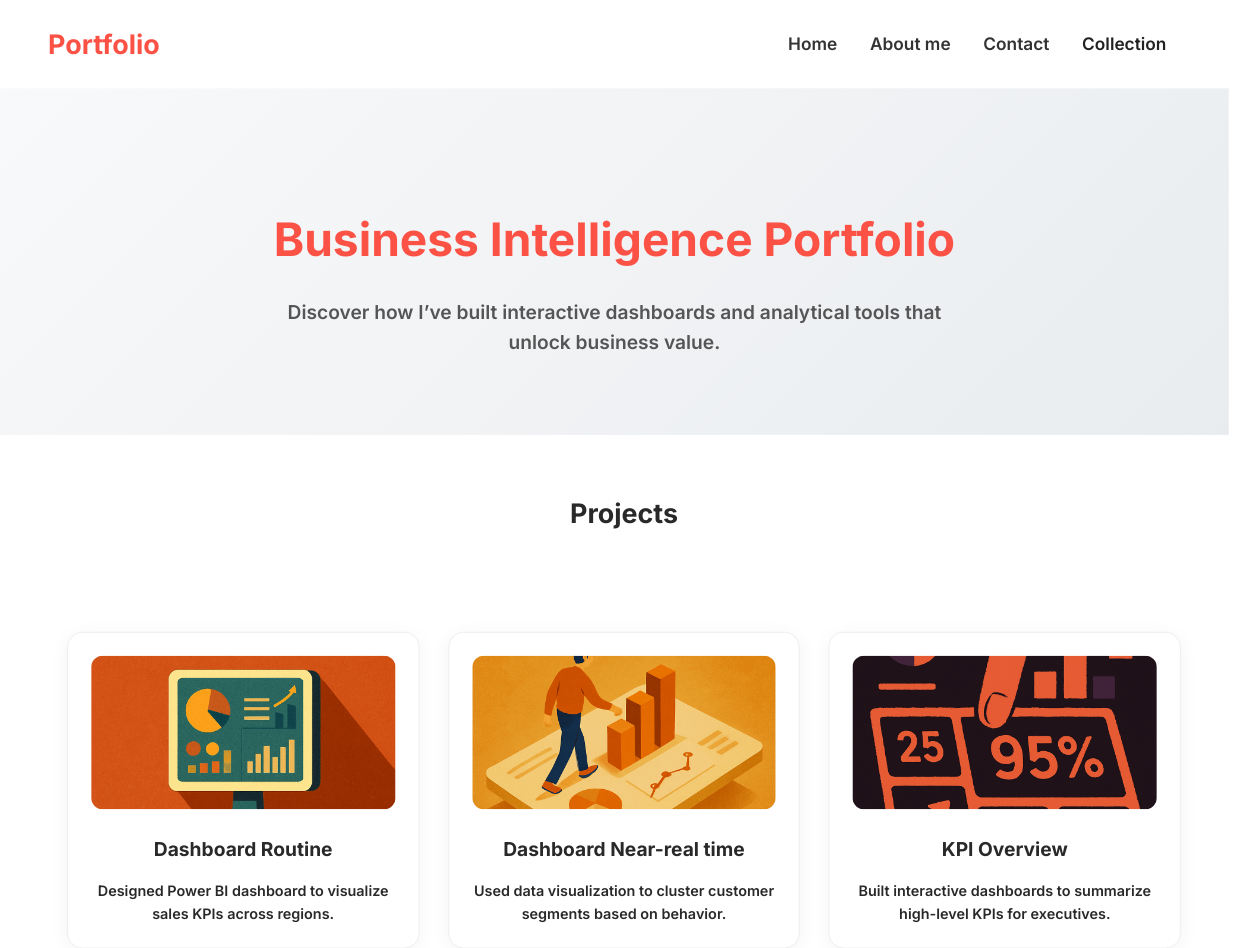
Repository: Wipas1919/Archive-portfolio
Page: projects/bi-solutions.html
An editor plug-in stored every save of this project. The page is shown before and after the next save, followed by the edit.
The browser window is 1280 px wide. The page is 1300 px wide, so the pictures cover 1300 px, including what lies to the right of the window. The pictures show the whole page, at 96% of full size.

Above is the page before, as saved 2025-06-01 20:47:12.

### projects/bi-solutions.html
<!-- Cleaned and updated on 2025-05-25 -->
<!DOCTYPE html>
<html lang="en">
<head>
  <meta charset="UTF-8" />
  <meta name="viewport" content="width=device-width, initial-scale=1.0"/>
  <title>Business Intelligence | Portfolio</title>
  <link href="https://fonts.googleapis.com/css2?family=Inter:wght@600;700&display=swap" rel="stylesheet">
  <link rel="stylesheet" href="../style/main.css">
  <style>
    body {
      font-family: 'Inter', sans-serif;
    }
    .cover {
      background: linear-gradient(135deg, #f8f9fa, #e9ecef);
      padding: 80px 20px;
      text-align: center;
    }
    .cover h1 {
      font-size: 48px;
      color: #fc5246;
      margin-bottom: 20px;
    }
    .cover p {
      font-size: 20px;
      color: #555;
      max-width: 700px;
      margin: 0 auto;
    }

    .project-cards h3 {
      text-align: center;
      font-size: 28px;
      margin-top: 60px;
      margin-bottom: 30px;
    }

    .card-grid {
      display: grid;
      grid-template-columns: repeat(auto-fit, minmax(280px, 1fr));
      gap: 30px;
      padding: 0 20px;
    }

    .card {
      display: block;
      background: #fff;
      border-radius: 16px;
      box-shadow: 0 4px 20px rgba(0, 0, 0, 0.05);
      padding: 24px;
      text-align: center;
      transition: transform 0.3s;
      text-decoration: none !important;
      color: inherit !important;
      cursor: pointer;
    }

    .card:hover {
      transform: translateY(-5px);
    }

    .card img {
      width: 100%;
      height: 160px;
      object-fit: cover;
      border-radius: 12px;
      margin-bottom: 16px;
    }

    .card h4 {
      font-size: 20px;
      margin-bottom: 8px;
      color: #222;
    }

    .card p {
      color: #666;
      font-size: 15px;
    }

    /* Remove visited/hover/focus/active styles */
    .card:visited,
    .card:hover,
    .card:focus,
    .card:active,
    .card *,
    .card *:visited,
    .card *:hover,
    .card *:focus,
    .card *:active {
      color: inherit !important;
      text-decoration: none !important;
    }

    .dropdown-wrapper {
      position: relative;
      display: inline-block;
    }

    .dropbtn {
      font-weight: 600;
      cursor: pointer;
      color: #222;
      text-decoration: none;
      margin-left: 15px;
    }

    .dropdown-content {
      display: none;
      position: absolute;
      top: 100%;
      right: 0;
      background-color: #ffffff;
      min-width: 220px;
      border-radius: 12px;
      box-shadow: 0 10px 25px rgba(0, 0, 0, 0.08);
      overflow: hidden;
      padding: 10px 0;
      z-index: 999;
    }

    .dropdown-wrapper:hover .dropdown-content {
      display: block;
    }

    .dropdown-content a {
      display: block;
      padding: 12px 20px;
      color: #222;
      text-decoration: none;
      font-size: 15px;
      transition: background-color 0.2s ease, color 0.2s ease;
    }

    .dropdown-content a:hover {
      background-color: #eaeaea;
      color: #fd3a2d;
    }
  </style>
</head>
<body>
  <div id="page-loader"><div class="spinner"></div></div>

  <header>
    <div class="container">
      <h1 class="logo" style="font-family: 'Inter', sans-serif; font-weight: 700; font-size: 28px; color: #fc5246;">Portfolio</h1>
      <nav class="nav-right">
        <a href="../index.html">Home</a>
        <a href="../index.html#about">About me</a>
        <a href="../index.html#contact">Contact</a>
        <div class="dropdown-wrapper">
          <a href="#" class="dropbtn">Collection</a>
          <div class="dropdown-content">
            <a href="data-engineer.html">Data Engineer</a>
            <a href="business-analysis.html">Business Analysis</a>
            <a href="bi-solutions.html">Business Intelligent</a>
            <a href="strategic-data.html">Data-Driven</a>
            <a href="cloud-cert.html">Certification</a>
            <a href="data-integration.html">Data Product</a>
          </div>
        </div>
      </nav>
    </div>
  </header>

  <!-- Cover / Hero Section -->
  <section class="cover">
    <h1>Business Intelligence Portfolio</h1>
    <p>Discover how I’ve built interactive dashboards and analytical tools that unlock business value.</p>
  </section>

  <!-- Project Cards Section -->
  <section class="project-cards container" id="project-cards">
    <h3>Projects</h3>
    <div class="card-grid" id="card-container"></div>
  </section>

  <script>
    const cardsContainer = document.getElementById("card-container");
    const projectId = "bi-solutions";

    fetch("../data/projects.json")
      .then(res => res.json())
      .then(data => {
        const p = data[projectId];
        if (!p || !p.projects?.length) {
          cardsContainer.innerHTML = "<p>No projects found.</p>";
          return;
        }
        cardsContainer.innerHTML = p.projects.map(proj => `
          <a href="project.html?id=${proj.slug}" class="card">
            <img src="${proj.image}" alt="${proj.title}" />
            <h4>${proj.title}</h4>
            <p>${proj.description}</p>
          </a>
        `).join("");
      })
      .catch(err => {
        cardsContainer.innerHTML = "<p>Error loading data.</p>";
        console.error(err);
      });
  </script>
</body>
</html>

### style/main.css
/* ตั้งค่าพื้นฐาน */
body {
  margin: 0;
  font-family: 'Poppins', sans-serif;
  background: #ffffff;
  color: #292929;
  line-height: 1.6;
  scroll-behavior: smooth;
  user-select: none;
  -webkit-user-select: none;
  -ms-user-select: none;
}

img {
  max-width: 100%;
  height: auto;
  display: block;
}

.container {
  width: 100%;
  max-width: 1200px;
  margin: 0 auto;
  padding: 0 50px; /* เพิ่ม padding ด้านข้าง */
}

@media screen and (max-width: 767px) {
  .container { padding: 0 16px; }
  .hero h2 { font-size: 36px; }
  .hero p { font-size: 18px; }
  .card-grid { grid-template-columns: 1fr; }
  nav a { font-size: 14px; }
  .hero-content { flex-direction: column; }
  .about-image img { width: 100%; }
}

@media screen and (min-width: 768px) and (max-width: 1024px) {
  .hero h2 { font-size: 48px; }
  .card-grid { grid-template-columns: repeat(2, 1fr); }
}

@media screen and (max-width: 480px) {
  h2, .section-title { font-size: 28px; }
  .hero h2 { font-size: 28px; }
  .hero p, .section-description, .about-text p, .card p { font-size: 16px; }
  .btn { padding: 10px 20px; font-size: 16px; }
}

/* Navbar */
header {
  background: #fff;
  padding: 5px 0;
  display: flex;
  justify-content: space-between;
  align-items: center;
  border-bottom: 0px solid #eee;
  position: sticky;
  top: 0;
  z-index: 100;
}

header .container {
  display: flex;
  align-items: center;
  justify-content: space-between;
}

.logo {
  font-family: 'Poppins', serif;
  font-size: 30px;
  color: #fc5246;
}

nav a {
  margin: 0 15px;
  color: #333;
  text-decoration: none;
  font-weight: 600;
  font-size: 18px;
}

nav a:hover {
  color: #fd3a2d;
}

/* ปุ่มหลักของเมนู dropdown */
.dropdown-wrapper {
  position: relative;
  display: inline-block;
}

.dropbtn {
  font-weight: 600;
  cursor: pointer;
  color: #222;
  transition: color 0.3s ease;
}

.dropbtn:hover {
  color: #fd3a2d;
}

/* เมนูที่แสดงเมื่อ hover */
.dropdown-content {
  display: none;
  position: absolute;
  top: 100%;
  right: 0;
  background-color: #ffffff;
  min-width: 220px;
  border-radius: 12px;
  box-shadow: 0 10px 25px rgba(0, 0, 0, 0.08);
  overflow: hidden;
  padding: 10px 0;
  z-index: 999;
}

/* แสดงเมื่อ hover */
.dropdown-wrapper:hover .dropdown-content {
  display: block;
}

/* ลิงก์ใน dropdown */
.dropdown-content a {
  display: block;
  padding: 12px 20px;
  color: #222;
  text-decoration: none;
  font-size: 15px;
  transition: background-color 0.2s ease, color 0.2s ease;
}

/* Hover effect ของลิงก์ */
.dropdown-content a:hover {
  background-color: #eaeaea;
  color: #fd3a2d;
}

.hero-animation {
  margin-top: 10px;
  display: flex;
  justify-content: right;
}

/* Hero Section */
.hero {
  position: relative;
  height: 60vh;
  display: flex;
  align-items: center;
  justify-content: center;
  flex-direction: column;
  text-align: center;
  background: #000000;
  color: #ffffff;
}

#hero-background {
  position: absolute;
  top: 0;
  left: 0;
  width: 100%;
  height: 100%;
  z-index: 0;
}

.hero-content {
  position: relative;
  z-index: 1;
  width: 100%;
  max-width: 1200px;
  padding-left: 5vw;
  padding-right: 5vw;
  text-align: left;
  align-items: flex-start;
}

.hero h2 {
  font-size: 60px;
  margin-bottom: 10px;
  line-height: 1.2;
  color: #ececec;
}

.hero p {
  font-size: 30px;
  margin-bottom: 30px;
  color: #ececec;
}

.btn, .hero .btn {
  display: inline-block;
  background: #fd3a2d;
  color: #fff;
  padding: 14px 36px;
  border-radius: 30px;
  text-decoration: none;
  font-weight: bold;
  font-size: 18px;
  transition: background 0.3s;
}

.btn:hover, .hero .btn:hover {
  background: #252525;
}

/* Sections */
section {
  padding: 100px 0;
  text-align: center;
}

/* About Section */
.about-grid {
  display: flex;
  align-items: center;
  justify-content: center;
  gap: 50px;
  flex-wrap: wrap;
}

.about-image img {
  width: 500px;
  height: auto;
  object-fit: cover;
  border-top-left-radius: 0;
  border-top-right-radius: 0;
  border-bottom-left-radius: 200px;
  border-bottom-right-radius: 200px;
}

.about-text {
  max-width: 500px;
  text-align: left;
}

.about-text h2 {
  margin-bottom: 20px;
}

.about-text p {
  font-size: 18px;
  color: #666;
}

/* Timeline */
.timeline-item {
  position: relative;
  margin-bottom: 30px;
}

.timeline-dot {
  width: 14px;
  height: 14px;
  background-color: #fd3a2d;
  border-radius: 50%;
  position: absolute;
  left: -8px;
  top: 0;
}

.timeline-content {
  margin-left: 20px;
}

.timeline-content h4 {
  margin: 0;
  font-size: 18px;
  color: #333;
  font-weight: 600;
}

.timeline-content p {
  margin: 5px 0 0;
  font-size: 16px;
  color: #666;
}

/* Projects Section */
#projects {
  margin-bottom: 10px;
}

.card-grid {
  display: grid;
  grid-template-columns: repeat(3, 1fr); /* สำคัญ: 3 คอลัมน์ */
  gap: 20px;
  margin-top: 100px;
}


.card {
  background: #ffffff;
  padding: 30px;
  border-radius: 12px;
  max-height: 280px;
  text-align: center;
  transition: box-shadow 0.3s;
  border: 1px solid #eee;
}

.card:hover {
  box-shadow: 0 8px 20px rgba(0, 0, 0, 0.1);
}

.card-icon img {
  width: 40px;
  height: 40px;
  margin-bottom: 20px;
}

.card h3 {
  font-size: 18px;
  margin-bottom: 15px;
  color: #333;
}

.card p {
  font-size: 16px;
  color: #666;
}

/* Contact Section */
.contact {
  background: rgba(255, 255, 255, 0.5); /* 1 = โปร่งแสง 50% */
  text-align: center;
}

.section-subtitle {
  text-transform: uppercase;
  font-size: 18px;
  letter-spacing: 1.5px;
  color: #4e4e4e;
  margin-bottom: 10px;
}

h2 {
  font-size: 36px;
  color: #292929
}


.section-title {
  font-size: 36px;
  margin-bottom: 10px;
  color: #2e2e2e;
}

.section-description {
  font-size: 18px;
  margin-bottom: 40px;
  color: #4e4e4e;
}

.contact-grid {
  display: grid;
  grid-template-columns: repeat(auto-fit, minmax(280px, 1fr));
  gap: 20px;
  margin-top: 40px;
}

.contact-card.glass {
  background: rgba(255, 255, 255, 0.15);
  backdrop-filter: blur(12px);
  -webkit-backdrop-filter: blur(12px);
  border-radius: 20px;
  padding: 24px;
  border: 1px solid rgba(255, 255, 255, 0.3);
  box-shadow: 0 8px 32px rgba(0, 0, 0, 0.1);
  transition: transform 0.3s ease, box-shadow 0.3s ease;
  text-align: center;
}

.contact-card.glass:hover {
  transform: scale(1.05);
  box-shadow: 0 12px 28px rgba(0, 0, 0, 0.15);
}

.contact-icon {
  display: flex;
  flex-direction: column;
  align-items: center;
  justify-content: center; /* 🔥 เพิ่มบรรทัดนี้เพื่อจัดไอคอนแนวดิ่ง */
  height: 100px; /* ✅ ปรับความสูงให้เหมาะสม */
  margin-bottom: 12px;
}


.contact-icon img {
  width: 48px;
  height: 48px;
  margin-bottom: 12px;
  transition: transform 0.3s ease;
}

.contact-card.glass:hover .contact-icon img {
  transform: scale(1.15);
}

/* Footer */
footer {
  background: #f5f5f5;
  padding: 20px 0;
  font-size: 14px;
  color: #4d4d4d;
}

.footer-container {
  display: flex;
  justify-content: space-between;
  align-items: center;
  flex-wrap: wrap;
}

.social-links {
  display: flex;
  gap: 20px;
}

.social-links a img {
  width: 30px;
  height: 30px;
  transition: transform 0.3s ease;
}

.social-links a img:hover {
  transform: scale(1.2);
}

#hero-background {
  position: absolute;
  top: 0;
  left: 0;
  height: 100%;
  width: 100%;
  z-index: 0;
  overflow: hidden;
}
.hero-content {
  position: relative;
  z-index: 1;
}

/* animation-data */
.hero-content {
  display: flex;
  justify-content: space-between;
  align-items: center;
  flex-wrap: wrap;
  gap: 40px;
}

.hero-text {
  flex: 1 1 55%;
}

.hero-animation {
  flex: 1 1 40%;
  display: flex;
  justify-content: center;
  align-items: center;
}

/* ===== Page Loader & Smooth Scroll ===== */
html{scroll-behavior:smooth;}

#page-loader{
  position:fixed;inset:0;display:grid;place-items:center;
  background:#ffffff;z-index:9999;opacity:1;
  transition:opacity .0.5s ease;
}
#page-loader .spinner{
  width:32px;height:32px;border:4px solid #e5e5e5;
  border-top-color:#ff694b;border-radius:50%;
  animation:spin .8s linear infinite;
}
@keyframes spin{to{transform:rotate(360deg)}}

body.loaded #page-loader{opacity:0;pointer-events:none;}
body.fade-out{opacity:0;transition:opacity .0.5s ease;}

@keyframes hideLoaderFallback{to{opacity:0;pointer-events:none;}}
#page-loader{animation:hideLoaderFallback 0.5s forwards 0.5s;}



/* ====  Reusable Card Component  ================================== */
.card {
  background: #ffffff;
  border: 1px solid #eee;
  border-radius: 12px;
  padding: 24px;
  text-align: center;
  box-shadow: 0 4px 12px rgba(0,0,0,.05);
  transition: transform .3s ease, box-shadow .3s ease;
}
.card:hover {
  transform: translateY(-6px);
  box-shadow: 0 12px 25px rgba(0,0,0,.1);
}

.card__icon{
  display:flex;
  flex-direction:column;
  align-items:center;
  justify-content:center;
  height:100px;
  margin-bottom:12px;
}
.card__icon img{
  width:48px;
  height:48px;
  transition: transform .3s ease;
}
.card:hover .card__icon img{
  transform:scale(1.15);
}

/* Variant – project card (clickable) */
.card--project{cursor:pointer;}

/* Variant – glassmorphism contact card */
.card--glass{
  background: rgba(255,255,255,.15);
  backdrop-filter: blur(12px);
  -webkit-backdrop-filter: blur(12px);
  border: 1px solid rgba(255,255,255,.3);
  box-shadow: 0 8px 32px rgba(0,0,0,.1);
}

/* Grids */

.card-grid--contact{
  display:grid;
  grid-template-columns: repeat(auto-fit,minmax(280px,1fr));
  gap:20px;
  margin-top:40px;
}

/* Remove legacy duplicate styles */
.contact-card, .contact-card.glass, .glass-card{
}/* project */

.project-blog {
  max-width: 800px;
  margin: 80px auto;
  padding: 0 20px;
  font-family: 'Inter', sans-serif;
}

.project-blog h1 {
  font-size: 36px;
  font-weight: 700;
  margin-bottom: 20px;
  text-align: center;
  color: #222;
}

.project-blog .tag {
  display: inline-block;
  background: #eeeeee;
  color: #333;
  padding: 6px 12px;
  margin: 0 8px 20px 0;
  border-radius: 20px;
  font-size: 14px;
}

.project-blog p {
  font-size: 18px;
  color: #444;
  line-height: 1.7;
  margin-bottom: 24px;
}

.project-blog img {
  width: 100%;
  border-radius: 10px;
  margin: 30px 0;
  box-shadow: 0 8px 30px rgba(0,0,0,0.08);
}

/* button */
.back-float-btn {
  position: fixed;
  bottom: 30px;
  left: 50%;
  transform: translateX(-50%);
  background-color: #fc5246;
  color: white;
  padding: 10px 24px;
  font-size: 14px;
  border-radius: 30px;
  box-shadow: 0 4px 16px rgba(0, 0, 0, 0.1);
  cursor: pointer;
  z-index: 9999;
  text-align: center;
  font-family: 'Inter', sans-serif;
  transition: background 0.3s ease;
  width: auto;       /* ปรับให้ขนาดพอดีกับเนื้อหา */
  max-width: 200px;  /* จำกัดไม่ให้ปุ่มกว้างเกินไป */
}

.back-float-btn:hover {
  background-color: #e6483c;
}

@media (max-width: 768px) {
  .back-float-btn {
    padding: 9px 18px;
    font-size: 13px;
    bottom: 20px;
  }
/* ===== FINAL OVERRIDE ===== */
.contact-card a {
  color: inherit !important;
  text-decoration: none !important;
}

.contact-card a:visited {
  color: inherit !important;
  text-decoration: none !important;
}

.contact-card a:hover,
.contact-card a:focus,
.contact-card a:active {
  color: inherit !important;
  text-decoration: none !important;
}

/* ===== Card grid (Projects) enforce 3-column on desktop ===== */
@media (min-width: 1024px){
  .card-grid--projects{
    grid-template-columns: repeat(3, 1fr);
  }
}
/* 2 columns on tablets */
@media (min-width: 640px) and (max-width: 1023px){
  .card-grid--projects{
    grid-template-columns: repeat(2, 1fr);
  }
}
/* 1 column on small screens (default) */
}

/* ===== DESKTOP-ONLY MODE (CSS BLOCK) =====
   Hide entire site below 1024px width and show full-screen notice
--------------------------------------------------------------- */
@media (hover: none) and (pointer: coarse){
  /* Hide all real content */
  body > * { display: none !important; }

  /* Full-screen notice */
  body::before{
    content: "This site is designed for desktop browsers only.\A Please visit on a larger screen.";
    white-space: pre-line;
    position: fixed;
    inset: 0;
    background: #ffffff;
    color: #000000;
    padding: 40px 24px;
    display: flex;
    align-items: center;
    justify-content: center;
    font-family: "Poppins", sans-serif;
    font-size: 18px;
    line-height: 1.4;
    text-align: center;
    z-index: 99999;
  }

  /* Prevent horizontal scroll */
  html, body{ overflow: hidden; }
}

.project-blog strong {
  font-size: 1.4em;   /* 110 % ของขนาดปกติในย่อหน้านั้น */
  font-weight: 800;
}

### data/projects.json
{
  "data-engineer": {
    "projects": [
      {
        "title": "End-to-End Data Engineering Journey",
        "slug": "End-to-End Data Engineering Journey",
        "description": "Full-stack ETL pipeline implementation",
        "image": "/images/data-engineers.jpg"
      },
      {
        "title": "End-to-End Data Infrastructure Planning",
        "slug": "End-to-End Data Infrastructure Planning",
        "description": "Process Design Fundamental",
        "image": "/images/data-foundamatal.jpg"
      },
      {
        "title": "Data Governance",
        "slug": "Data Governance",
        "description": "Designing and implementing a hybrid data governance framework",
        "image": "/images/data-governance.jpg"
      }
    ]
  },
  "business-analysis": {
    "title": "Business Analysis",
    "description": "Transform data into insights for decision-making.",
    "image": "../images/ba.svg",
    "overview": "Analyzed survey and operational data to support marketing strategy.",
    "contributions": [
      "Designed data collection forms",
      "Used SQL & Power BI for analysis",
      "Presented insights to leadership"
    ],
    "tools": [
      "Excel",
      "SQL",
      "Power BI",
      "Survey Analysis"
    ],
    "impact": "Helped increase campaign engagement by 30%",
    "projects": [
      {
        "title": "post-event analysis",
        "slug": "post-event analysis",
        "description": "Built interactive dashboards to monitor sentiment trends.",
        "image": "/images/post-event.png"
      },
      {
        "title": "New insights are cooking",
        "slug": "campaign-performance-analysis",
        "description": "preparing something worth the wait.",
        "image": "/images/upcoming-cover.png"
      },
      {
        "title": "New insights are cooking",
        "slug": "operational-kpi-tracking",
        "description": "preparing something worth the wait.",
        "image": "/images/upcoming-cover.png"
      }
    ]
  },
  "bi-solutions": {
    "title": "Business Intelligent",
    "projects": [
      {
        "title": "Dashboard Routine",
        "description": "Designed Power BI dashboard to visualize sales KPIs across regions.",
        "image": "/images/bi-routine-1.png",
        "slug": "bi-sales-performance"
      },
      {
        "title": "Dashboard Near-real time",
        "description": "Used data visualization to cluster customer segments based on behavior.",
        "image": "/images/bi-routine-2.png",
        "slug": "bi-customer-segmentation"
      },
      {
        "title": "KPI Overview",
        "description": "Built interactive dashboards to summarize high-level KPIs for executives.",
        "image": "/images/bi-routine-3.png",
        "slug": "bi-kpi-overview"
      }
    ]
  },
  "strategic-data": {
    "title": "Data-Driven",
    "projects": [
      {
        "title": "Assistant Speaker Trend Technoligies ",
        "description": "Developed a data-driven framework to analyze campaign performance across channels.",
        "image": "/images/bi-routine-4.jpg",
        "slug": "marketing-insight-framework"
      },
      {
        "title": "Power BI Training",
        "description": "Created visualizations from IoT sensor data to optimize event space usage.",
        "image": "/images/bi-routine-5.jpg",
        "slug": "event-analytics-dashboard"
      },
      {
        "title": "Coming Soon!",
        "description": "Designed end-to-end system for converting analytics into automated decisions.",
        "image": "/images/upcoming-cover.png",
        "slug": "decision-intelligence-system"
      }
    ]
  },
  "data-integration": {
    "title": "Data Product",
    "projects": [
      {
        "title": "Chat AI for web-event",
        "description": "Built backend pipeline to integrate chatbot logs into Datamart for insights.",
        "image": "/images/bi-routine-6.png",
        "slug": "chatbot-analytics-pipeline"
      },
      {
        "title": "Hr Recuddtor Macthing",
        "description": "Created dynamic reporting tool from MySQL and PostgreSQL for internal teams.",
        "image": "/images/upcoming-cover.png",
        "slug": "self-service-report-generator"
      },
      {
        "title": "Comming Soon!",
        "description": "Aggregated customer voice data into a single source for product decisions.",
        "image": "/images/upcoming-cover.png",
        "slug": "customer-feedback-hub"
      }
    ]
  },
  "cloud-cert": {
  "title": "Certification",
  "projects": [
    {
      "title": "Comming Soon!",
      "description": "Demonstrated foundational knowledge of GCP services and architecture.",
      "image": "/images/upcoming-cover.png",
      "slug": "gcp-certification"
    },
    {
      "title": "Comming Soon!",
      "description": "Comming Soon!",
      "image": "/images/upcoming-cover.png",
      "slug": "aws-certification"
    },
    {
      "title": "Comming Soon!",
      "description": "Comming Soon!",
      "image": "/images/upcoming-cover.png",
      "slug": "azure-certification"
    }
  ]
}
}

After the next save:
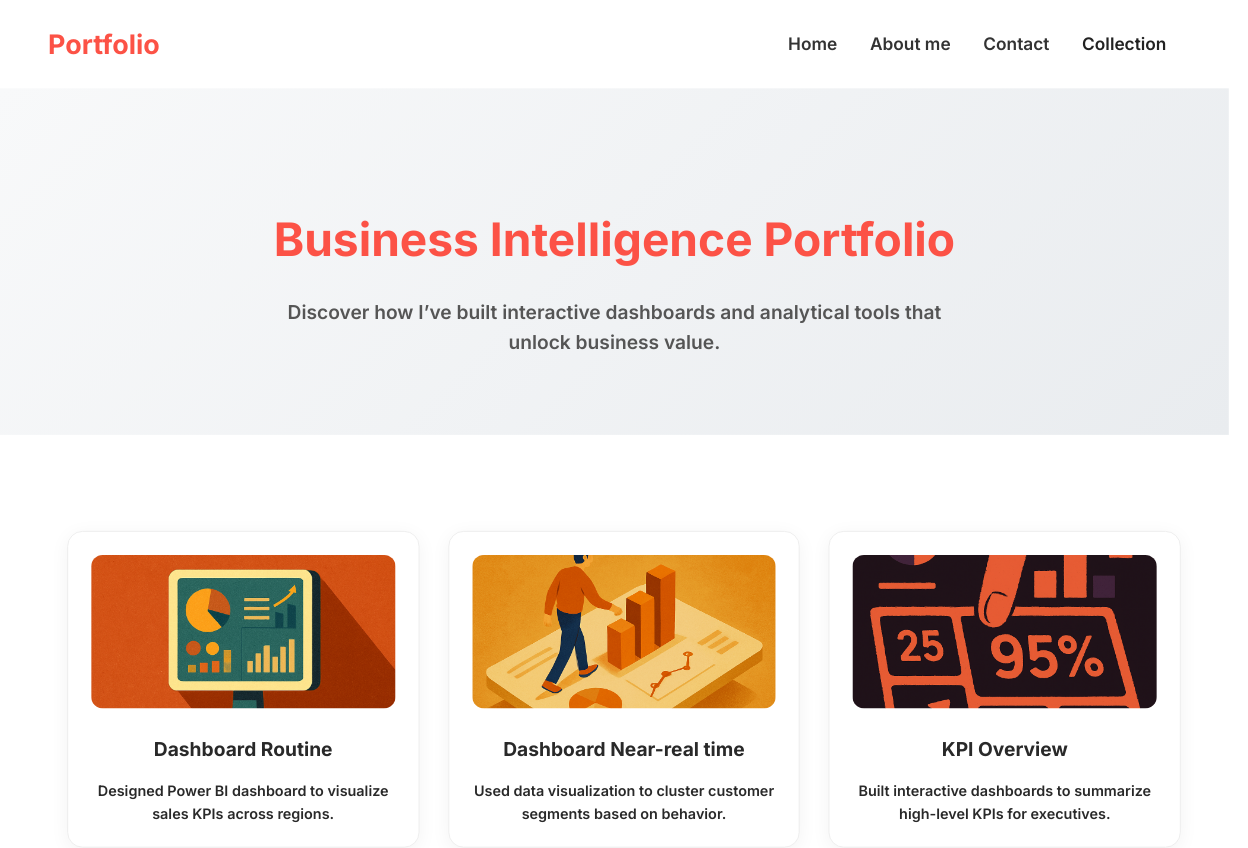
Saved 21 s later.
--- a/projects/bi-solutions.html
+++ b/projects/bi-solutions.html
@@ -171,7 +171,6 @@
 
   <!-- Project Cards Section -->
   <section class="project-cards container" id="project-cards">
-    <h3>Projects</h3>
     <div class="card-grid" id="card-container"></div>
   </section>
 
